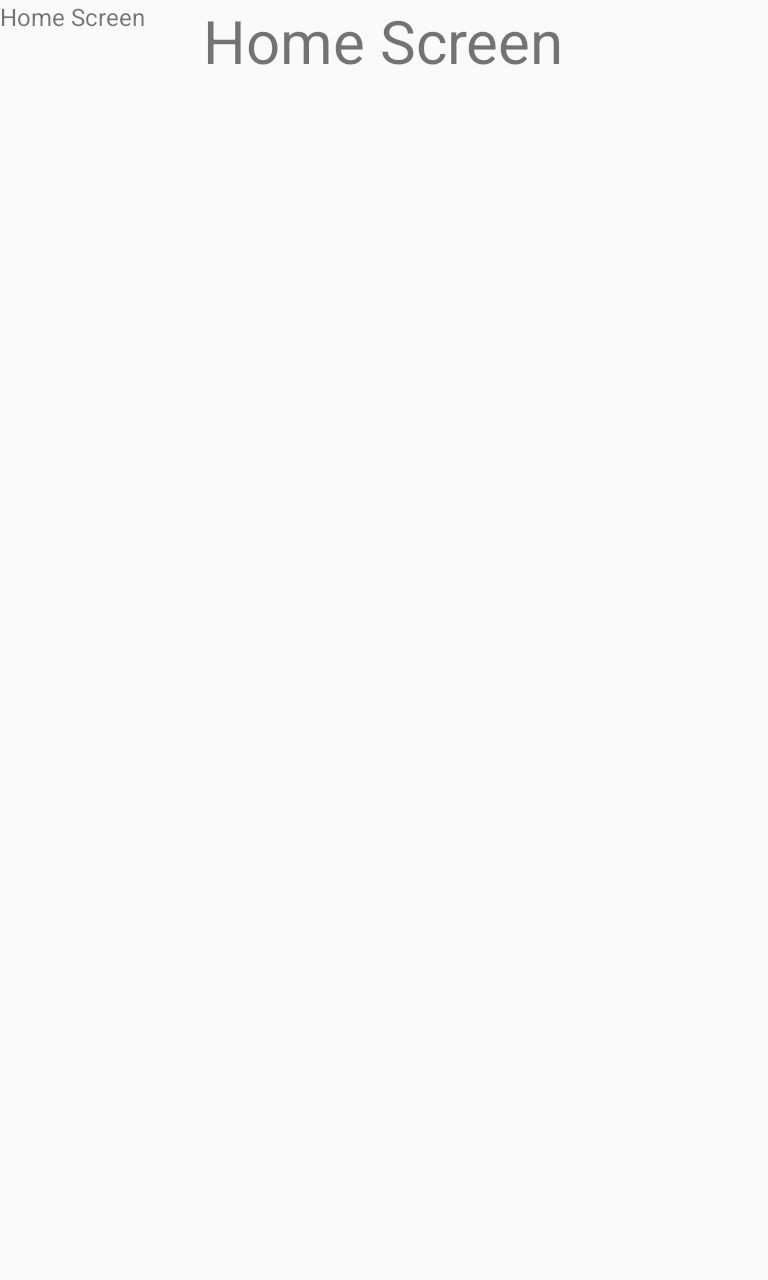
Repository: AlvaroCortez/Assigment1
Layout: SplashScreen/res/layout/activity_demo.xml
An editor plug-in stored every save of this project. The layout is shown before and after the next save, followed by the edit.
It is drawn on a 768 x 1280 px phone screen (xhdpi) without system bars, with theme AppTheme; the app's code is not run.

Above is the layout before, as saved 2014-04-27 19:27:07.

### SplashScreen/res/layout/activity_demo.xml
<?xml version="1.0" encoding="utf-8"?>
<RelativeLayout xmlns:android="http://schemas.android.com/apk/res/android"
    android:layout_width="match_parent"
    android:layout_height="match_parent" >

    <TextView
        android:layout_width="wrap_content"
        android:layout_height="wrap_content"
        android:text="@string/demo_message"
        android:textSize="30sp"
        android:layout_centerHorizontal="true"/>
    <TextView
        android:layout_width="wrap_content"
        android:layout_height="wrap_content"
        android:text="@string/demo_message"
        android:textSize="12sp" />


</RelativeLayout>

### SplashScreen/res/values/strings.xml
<?xml version="1.0" encoding="utf-8"?>
<resources>
    <string name="app_name">SplashScreen</string>
    <string name="hello_world">Hello world!</string>
    <string name="menu_settings">Settings</string>
    <string name="title_activity_main">MainActivity</string>
    <string name="action_settings">MainActivity</string>
    <string name="title_activity_demo">Splash Screen</string>
    <string name="splash_message">Welcome to Splash Screen</string>
    <string name="demo_message">Home Screen</string>
</resources>

Loaded but not shown: SplashScreen/res/values/styles.xml (common file); SplashScreen/res/values-v11/styles.xml (common file); SplashScreen/res/values-v14/styles.xml (common file)

After the next save:
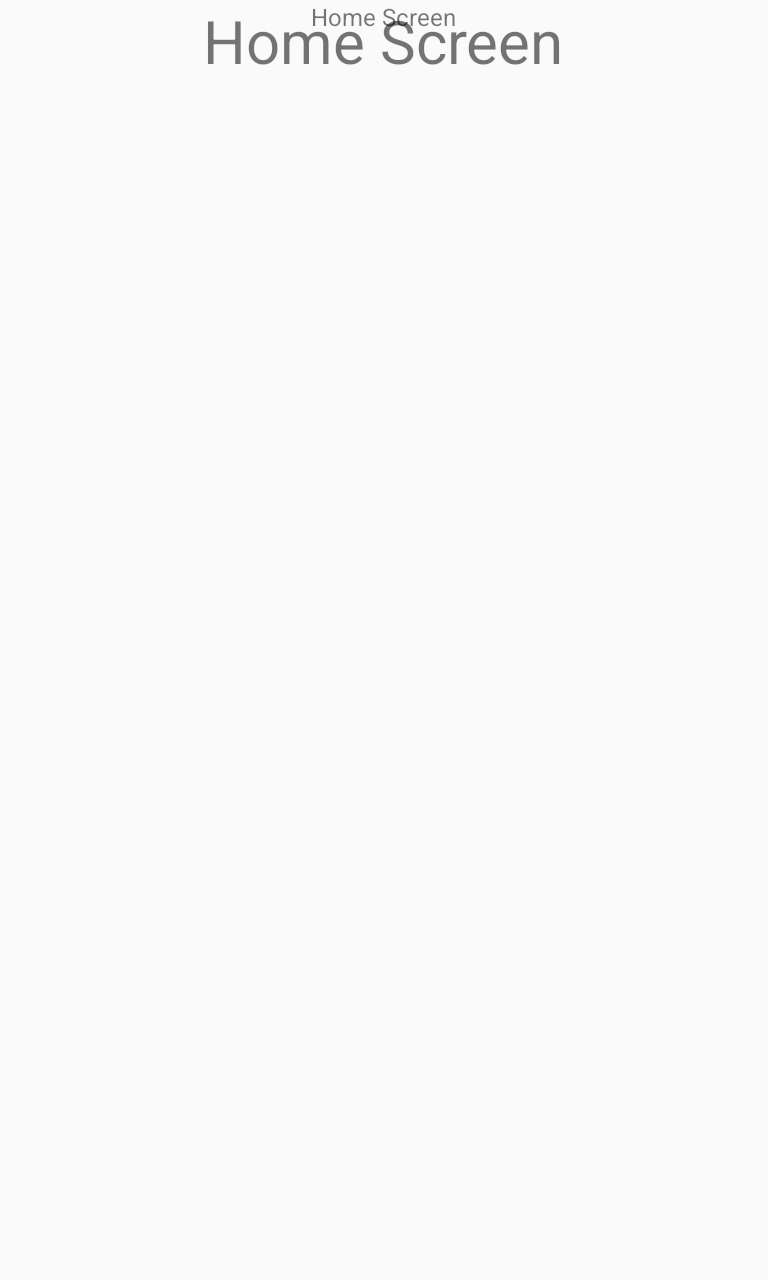
Saved 7 min 55 s later.
--- a/SplashScreen/res/layout/activity_demo.xml
+++ b/SplashScreen/res/layout/activity_demo.xml
@@ -13,7 +13,8 @@
         android:layout_width="wrap_content"
         android:layout_height="wrap_content"
         android:text="@string/demo_message"
-        android:textSize="12sp" />
+        android:textSize="12sp"
+        android:layout_centerHorizontal="true"/>
 
 
 </RelativeLayout>

After the save that followed:
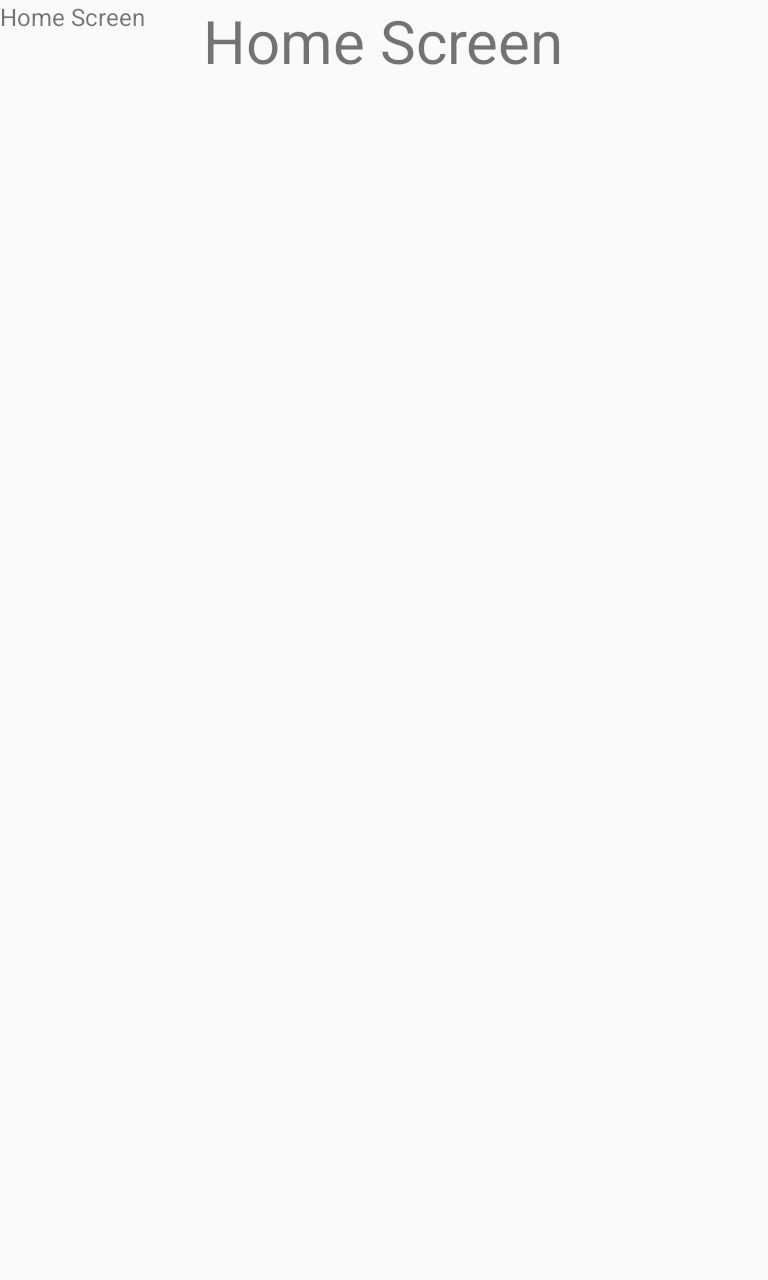
Saved 14 s later.
--- a/SplashScreen/res/layout/activity_demo.xml
+++ b/SplashScreen/res/layout/activity_demo.xml
@@ -13,8 +13,7 @@
         android:layout_width="wrap_content"
         android:layout_height="wrap_content"
         android:text="@string/demo_message"
-        android:textSize="12sp"
-        android:layout_centerHorizontal="true"/>
+        android:textSize="12sp" />
 
 
 </RelativeLayout>
